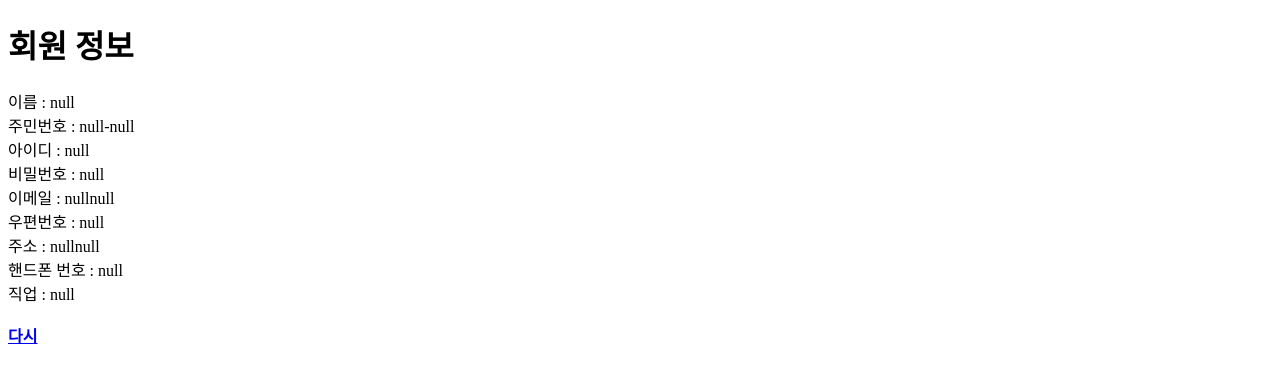
Repository: jsunnypi/JSP
Page: http://localhost/Test/inputlist.jsp
These files come from the project's save history. The page is drawn as it stood at one moment and after the next save; the edit follows.
The browser window is 1280 px wide. The pictures show the whole page.
The page is served by Tomcat 9.

Above is the page before, as saved 2024-11-14 06:04:37.

### Test/src/main/webapp/inputlist.jsp
<%@ page language="java" contentType="text/html; charset=UTF-8"
    pageEncoding="UTF-8"%>
<!DOCTYPE html>
<html>
<head>
<meta charset="UTF-8">
<title>Insert title here</title>
</head>
<body>
	<h1>회원 정보</h1>
	<%
		request.setCharacterEncoding("UTF-8");

		String name = request.getParameter("name");
		out.print("이름 : " + name + "<br>");

		String bd = request.getParameter("bd");
		String bd2 = request.getParameter("bd2");
		out.print("주민번호 : " + bd +"-"+ bd2+ "<br>");

		String id = request.getParameter("id");
		out.print("아이디 : "+ id + "<br>");

		String pw = request.getParameter("pw");
		out.print("비밀번호 : " + pw +"<br>");

		String email = request.getParameter("email");
		String com = request.getParameter("com");
		out.print("이메일 : " + email + com + "<br>");//

		String pn = request.getParameter("postnumber");
		out.print("우편번호 : " + pn + "<br>");

		String addr = request.getParameter("addr");
		String addr2 = request.getParameter("addr2");
		out.print("주소 : " + addr + addr2 + "<br>");

		String phone = request.getParameter("phone");
		out.print("핸드폰 번호 : " + phone + "<br>");

		String job = request.getParameter("job");
		out.print("직업 : " + job + "<br>");







	%>



	<br>

	<b><a href='javascript:history.go(-1)'>다시</a></b>
</body>
</html>

After the next save:
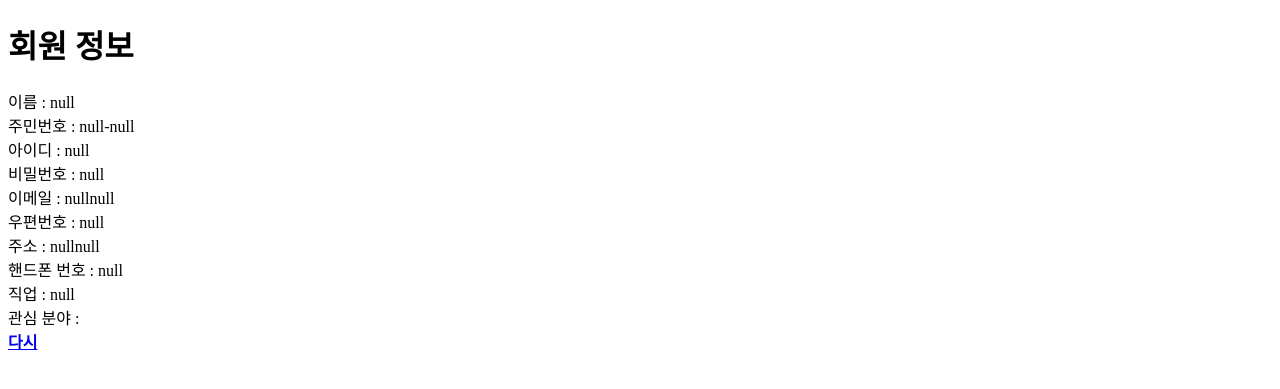
Saved 104 s later.
--- a/Test/src/main/webapp/inputlist.jsp
+++ b/Test/src/main/webapp/inputlist.jsp
@@ -41,7 +41,8 @@
 		String job = request.getParameter("job");
 		out.print("직업 : " + job + "<br>");
 
-
+		String interest[] = request.getParameterValues("interest");
+		out.print("관심 분야 : " );
 
 
 
